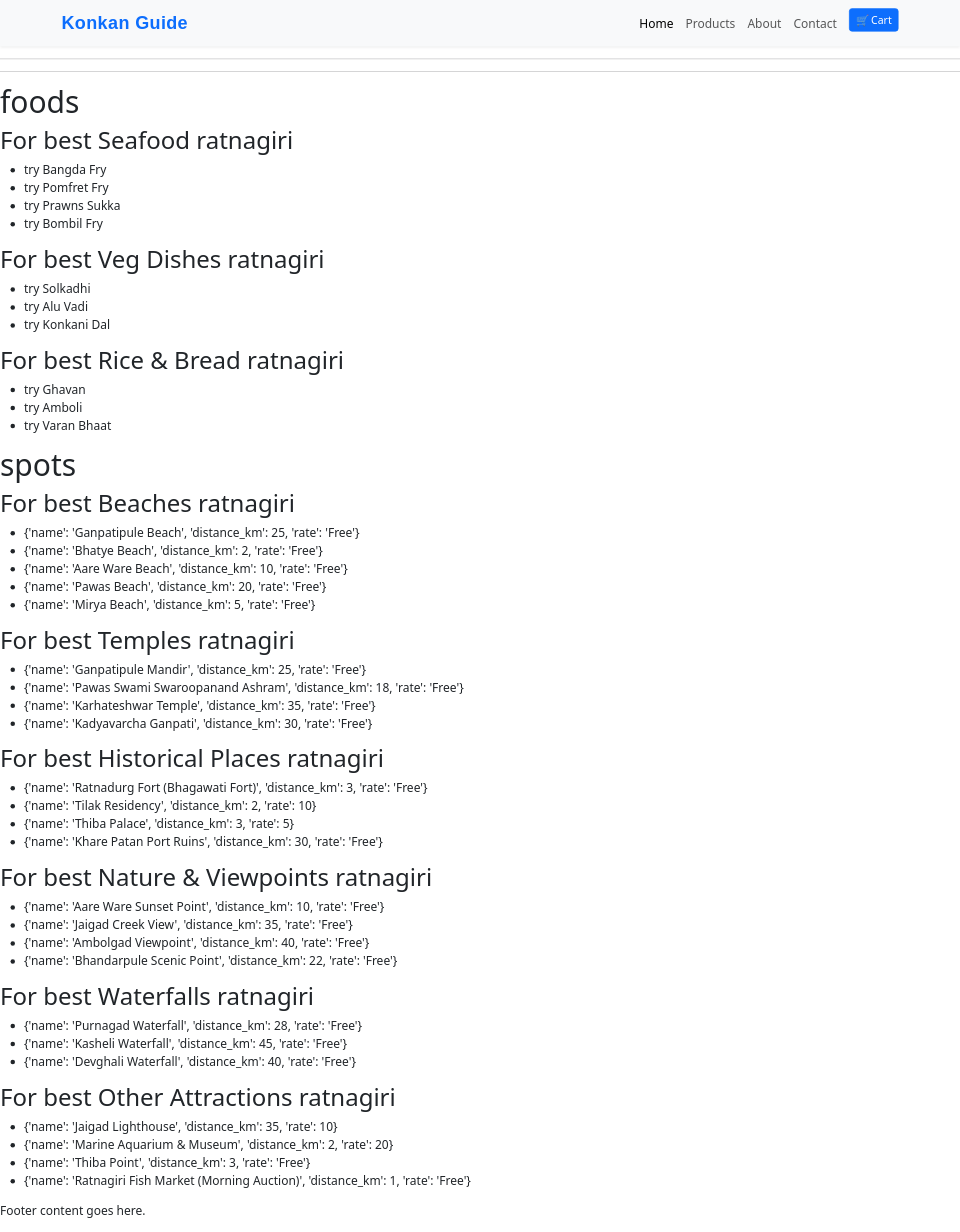
Repository: Indranil-sawant/konkan
Page: http://localhost/
An editor plug-in stored every save of this project. The page is shown before and after the next save, followed by the edit.
The browser window is 1280 px wide. The pictures show the whole page, at 75% of full size.
The page is served by the project's application, run on Django 5.2 (manage.py). Other server files are loaded and not shown.

Above is the page before, as saved 2025-11-13 14:12:06.

### food/templates/food/index.html
{% extends "base.html" %}


<!DOCTYPE html>
<!--[if lt IE 7]>      <html class="no-js lt-ie9 lt-ie8 lt-ie7"> <![endif]-->
<!--[if IE 7]>         <html class="no-js lt-ie9 lt-ie8"> <![endif]-->
<!--[if IE 8]>         <html class="no-js lt-ie9"> <![endif]-->
<!--[if gt IE 8]>      <html class="no-js"> <!--<![endif]-->
<html>
    <head>
        <meta charset="utf-8">
        <meta http-equiv="X-UA-Compatible" content="IE=edge">
        <title>index </title>
        <meta name="description" content="">
        <meta name="viewport" content="width=device-width, initial-scale=1">
        <link rel="stylesheet" href="">
    </head>
    <body>

{% block content %}
         <h1>foods</h1>
         {% for category, items in foods.items %}
        <h2> For best {{ category }} ratnagiri</h2>
        <ul>
            {% for item in items %}
                <li> try {{ item }}</li>
            {% endfor %}
        </ul>
    {% endfor %}
    <h1>spots</h1>
    {% for category1, items1 in spots.items %}
        <h2> For best {{ category1 }} ratnagiri</h2>
        <ul>
            {% for item in items1 %}
                <li>{{ item }}</li>
            {% endfor %}
        </ul>
    {% endfor %}

{% endblock content %}



        <script src="" async defer></script>
    </body>
</html>

### templates/base.html
<!DOCTYPE html>
<!--[if lt IE 7]>      <html class="no-js lt-ie9 lt-ie8 lt-ie7"> <![endif]-->
<!--[if IE 7]>         <html class="no-js lt-ie9 lt-ie8"> <![endif]-->
<!--[if IE 8]>         <html class="no-js lt-ie9"> <![endif]-->
<!--[if gt IE 8]>      <html class="no-js"> <!--<![endif]-->
<html>
    <head>
        <meta charset="utf-8">
        <meta http-equiv="X-UA-Compatible" content="IE=edge">
        <title></title>
        <meta name="description" content="">
        <meta name="viewport" content="width=device-width, initial-scale=1">
        <link rel="stylesheet" href="">
    </head>
    <body>
       {% include "navbar.html" %}

        {% block content %}

       {% endblock content %}

    </body>


    <footer>
        <p>Footer content goes here.</p>
    </footer>
</html>

### templates/navbar.html
<link href="https://cdn.jsdelivr.net/npm/bootstrap@5.3.3/dist/css/bootstrap.min.css" rel="stylesheet">
<script src="https://cdn.jsdelivr.net/npm/bootstrap@5.3.3/dist/js/bootstrap.bundle.min.js"></script>


<!-- Navbar Start -->
<!-- Navbar Start -->
<nav class="navbar navbar-expand-lg navbar-light bg-light shadow-sm">
  <div class="container">
    <!-- Brand -->
    <a class="navbar-brand fw-bold text-primary" href="#">
      Konkan Guide
    </a>

    <!-- Mobile toggle -->
    <button class="navbar-toggler" type="button" data-bs-toggle="collapse" data-bs-target="#navbarNav"
      aria-controls="navbarNav" aria-expanded="false" aria-label="Toggle navigation">
      <span class="navbar-toggler-icon"></span>
    </button>

    <!-- Nav links -->
    <div class="collapse navbar-collapse justify-content-end" id="navbarNav">
      <ul class="navbar-nav mb-2 mb-lg-0">
        <li class="nav-item">
          <a class="nav-link active" href="#">Home</a>
        </li>
        <li class="nav-item">
          <a class="nav-link" href="#">Products</a>
        </li>
        <li class="nav-item">
          <a class="nav-link" href="#">About</a>
        </li>
        <li class="nav-item">
          <a class="nav-link" href="#">Contact</a>
        </li>
        <li class="nav-item">
          <a class="btn btn-primary btn-sm ms-2" href="#">🛒 Cart</a>
        </li>
      </ul>
    </div>
  </div>
</nav>
<!-- Navbar End -->

<!-- Navbar End -->
<hr>
<hr>

<style>
    .navbar-brand {
  font-family: 'Poppins', sans-serif;
  font-size: 1.5rem;
  letter-spacing: 0.5px;
}

.nav-link {
  font-weight: 500;
  transition: color 0.3s;
}

.nav-link:hover,
.nav-link.active {
  color: #007bff;
}
</style>

### food/views.py
from django.shortcuts import render
from django.http import HttpResponse
from .data.spots     import foods, spots
# Create your views here.


def home(request):
    context = {
        'foods': foods,
        'spots': spots
    }
    return render(request, 'food/index.html', context)

def home2(request, pk):
    return render(request, 'food/about.html',)

### konkan_guide/urls.py
"""
URL configuration for konkan_guide project.

The `urlpatterns` list routes URLs to views. For more information please see:
    https://docs.djangoproject.com/en/5.2/topics/http/urls/
Examples:
Function views
    1. Add an import:  from my_app import views
    2. Add a URL to urlpatterns:  path('', views.home, name='home')
Class-based views
    1. Add an import:  from other_app.views import Home
    2. Add a URL to urlpatterns:  path('', Home.as_view(), name='home')
Including another URLconf
    1. Import the include() function: from django.urls import include, path
    2. Add a URL to urlpatterns:  path('blog/', include('blog.urls'))
"""
from django.contrib import admin
from django.urls import path , include
from food.views import home , home2
urlpatterns = [
    path('admin/', admin.site.urls),
    path('', include('food.urls')),
]

### food/urls.py
from django.urls import path
from . import views
urlpatterns = [
    path('', views.home, name='home'),
    path('second/<str:pk>/', views.home2, name='home2'),
]

### food/data/spots.py
foods = {
        "Seafood": [
            "Bangda Fry",
            "Pomfret Fry",
            "Prawns Sukka",
            "Bombil Fry",
        ],
        "Veg Dishes": [
            "Solkadhi",
            "Alu Vadi",
            "Konkani Dal",
        ],
        "Rice & Bread": [
            "Ghavan",
            "Amboli",
            "Varan Bhaat",
        ],
    }

spots = {
    "Beaches": [
        {
            "name": "Ganpatipule Beach",
            "distance_km": 25,
            "rate": "Free"
        },
        {
            "name": "Bhatye Beach",
            "distance_km": 2,
            "rate": "Free"
        },
        {
            "name": "Aare Ware Beach",
            "distance_km": 10,
            "rate": "Free"
        },
        {
            "name": "Pawas Beach",
            "distance_km": 20,
            "rate": "Free"
        },
        {
            "name": "Mirya Beach",
            "distance_km": 5,
            "rate": "Free"
        }
    ],

    "Temples": [
        {
            "name": "Ganpatipule Mandir",
            "distance_km": 25,
            "rate": "Free"
        },
        {
            "name": "Pawas Swami Swaroopanand Ashram",
            "distance_km": 18,
            "rate": "Free"
        },
        {
            "name": "Karhateshwar Temple",
            "distance_km": 35,
            "rate": "Free"
        },
        {
            "name": "Kadyavarcha Ganpati",
            "distance_km": 30,
            "rate": "Free"
        }
    ],

    "Historical Places": [
        {
            "name": "Ratnadurg Fort (Bhagawati Fort)",
            "distance_km": 3,
            "rate": "Free"
        },
        {
            "name": "Tilak Residency",
            "distance_km": 2,
            "rate": 10
        },
        {
            "name": "Thiba Palace",
            "distance_km": 3,
            "rate": 5
        },
        {
            "name": "Khare Patan Port Ruins",
            "distance_km": 30,
            "rate": "Free"
        }
    ],

    "Nature & Viewpoints": [
        {
            "name": "Aare Ware Sunset Point",
            "distance_km": 10,
            "rate": "Free"
        },
        {
            "name": "Jaigad Creek View",
            "distance_km": 35,
            "rate": "Free"
        },
        {
            "name": "Ambolgad Viewpoint",
            "distance_km": 40,
            "rate": "Free"
        },
        {
            "name": "Bhandarpule Scenic Point",
            "distance_km": 22,
            "rate": "Free"
        }
    ],

    "Waterfalls": [
        {
            "name": "Purnagad Waterfall",
            "distance_km": 28,
            "rate": "Free"
        },
        {
            "name": "Kasheli Waterfall",
            "distance_km": 45,
            "rate": "Free"
        },
        {
            "name": "Devghali Waterfall",
            "distance_km": 40,
            "rate": "Free"
        }
    ],

    "Other Attractions": [
        {
            "name": "Jaigad Lighthouse",
            "distance_km": 35,
            "rate": 10
        },
        {
            "name": "Marine Aquarium & Museum",
            "distance_km": 2,
            "rate": 20
        },
        {
            "name": "Thiba Point",
            "distance_km": 3,
            "rate": "Free"
        },
        {
            "name": "Ratnagiri Fish Market (Morning Auction)",
            "distance_km": 1,
            "rate": "Free"
        }
    ]
}

After the next save:
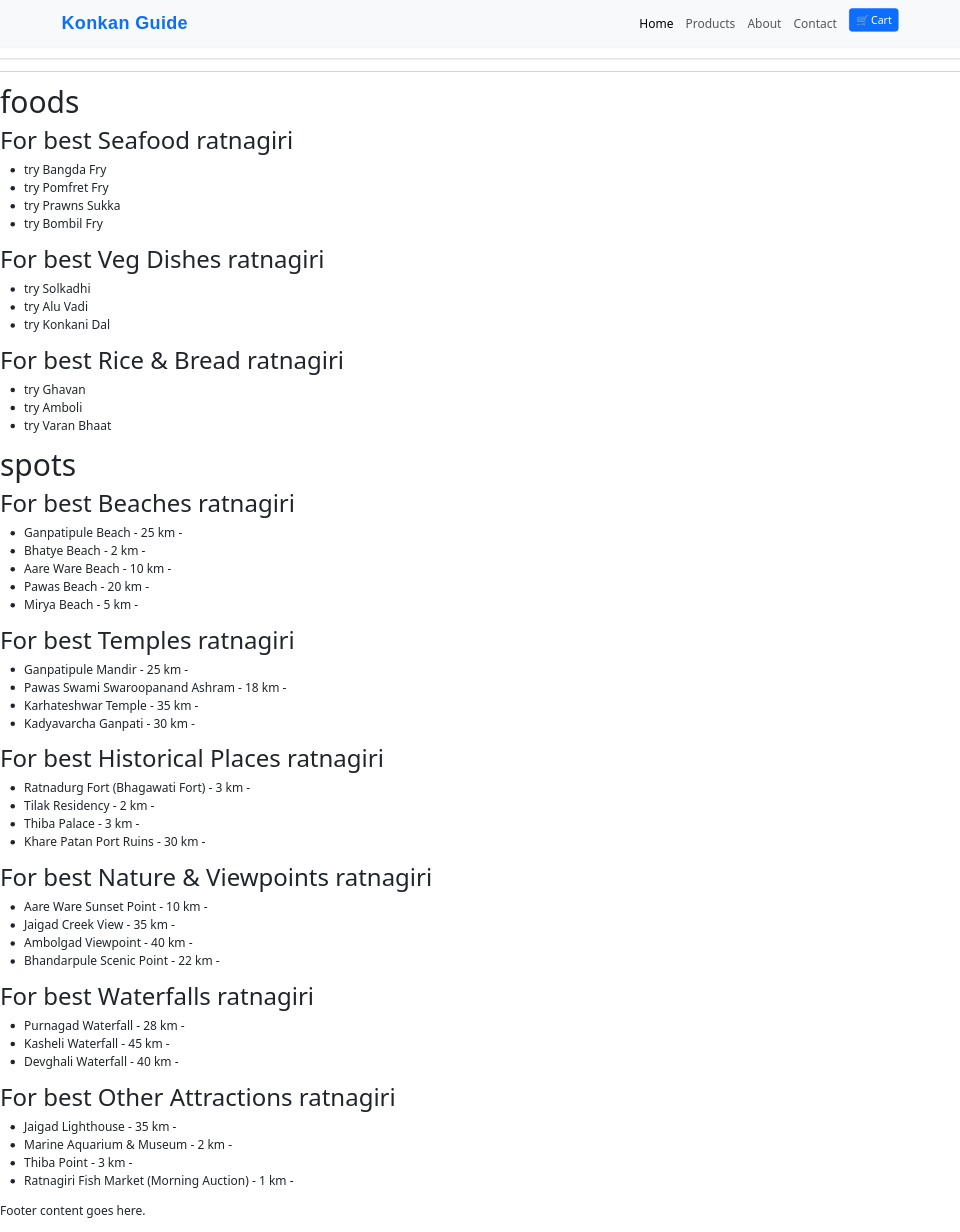
Saved 47 s later.
--- a/food/templates/food/index.html
+++ b/food/templates/food/index.html
@@ -28,11 +28,11 @@
         </ul>
     {% endfor %}
     <h1>spots</h1>
-    {% for category1, items1 in spots.items %}
-        <h2> For best {{ category1 }} ratnagiri</h2>
+    {% for category, items in spots.items %}
+        <h2> For best {{ category }} ratnagiri</h2>
         <ul>
-            {% for item in items1 %}
-                <li>{{ item }}</li>
+            {% for item in items %}
+                <li>{{ item.name }} - {{ item.distance_km }} km - {{ item.rates }}</li>
             {% endfor %}
         </ul>
     {% endfor %}
